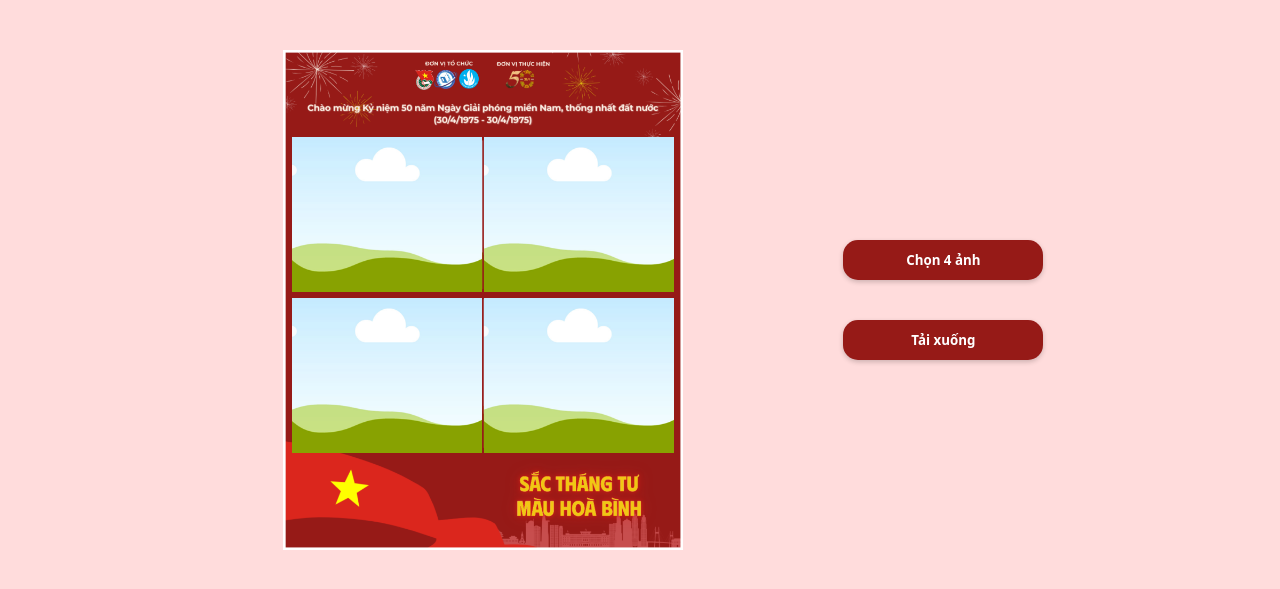
Repository: nguyentambinh/tuoitretdmu
Page: http://localhost/
The author's editor kept a copy of each file at every save. The page is drawn from the files as they stood at one save, then again after the next save.
The browser window is 1280 px wide. The pictures show the whole page.
The page is run by PHP 8.4 with error messages shown; the project is at /var/www/html/.

Above is the page before, as saved 2025-04-10 15:51:44.

### index.php
<!DOCTYPE html>
<html lang="en">
<head>
    <meta charset="UTF-8">
    <meta name="viewport" content="width=device-width, initial-scale=1.0">
    <link rel="stylesheet" href="main.css">

    <title>Chào mừng Kỷ niệm 50 năm Ngày Giải phóng miền Nam, thống nhất đất nước</title>
</head>
<body>

    <div class = "container-box">
        <div class="background-box">
            <img src="./picture/FRAMEPHOTOBOOTH304.png" class="background-image" alt="frame" />
            <div class="picture-box">
                <img src="/picture/1.png" alt="" class="img-sub">
                <img src="/picture/2.png" alt="" class="img-sub">
                <img src="/picture/3.png" alt="" class="img-sub">
                <img src="/picture/4.png" alt="" class="img-sub">
            </div>
        </div>
        <div class="control-box">
            <button id="btn-add-picture" class=" btn-custom">
                Chọn 4 ảnh
            </button>
            <button id="btn-download" class="btn-custom">Tải xuống</button>
        </div>
    </div>
    <script src="https://cdnjs.cloudflare.com/ajax/libs/html2canvas/1.4.1/html2canvas.min.js"></script>
    <script src="main.js"></script>
</body>
</html>

### main.css
body {
    background-color: #ffdcdc;
    margin: 0;
    padding: 0;
    display: flex;
    justify-content: center;
    margin-top: 50px;
}

.container-box {
    display: grid;
    grid-template-columns: 1fr 0.5fr;
    gap: 20px;
    width: 900px;
    max-width: 100%;
}

/* Thay vì dùng background-image, dùng thẻ <img> để đặt ảnh nền */
.background-box {
    position: relative;
    width: 100%;
    height: 500px;
    display: flex;
    justify-content: center;
    align-items: center;
}

/* Ảnh nền */
.background-box > .background-image {
    width: 100%;
    height: 100%;
    object-fit: contain;
    display: block;
}

/* 4 ảnh con đè lên nền */
.picture-box {
    position: absolute;
    top: 49%;
    left: 50%;
    transform: translate(-50%, -50%);
    display: grid;
    grid-template-columns: 1fr 1fr;
    grid-template-rows: 1fr 1fr;
    gap: 6px 2px;
}


.img-sub {
    width: 190px;
    height: 155px;
    object-fit: cover;
    background-size: contain;
}

.control-box {
    display: flex;
    flex-direction: column;
    align-items: center;
    justify-content: center;
}

.btn-custom {
    background-color: #961A17;
    border-radius: 15px;
    font-weight: bold;
    font-family: system-ui;
    width: 200px;
    height: 40px;
    color: white;
    margin: 20px 0;
    border: none;
    box-shadow: 0 2px 5px rgba(0,0,0,0.2);
    cursor: pointer;
}

@media screen and (max-width: 720px) {
    .container-box {
        grid-template-columns: 1fr;
        grid-template-rows: auto auto;
        width: 100%;
        padding: 0 10px;
        margin: 5px 0;
    }

    .control-box {
        align-items: center;
    }

    .btn-custom {
        width: 300px;
    }
}

### main.js

  document.getElementById("btn-add-picture").addEventListener("click", function () {
    const input = document.createElement("input");
    input.type = "file";
    input.accept = "image/*";
    input.multiple = true;
    input.style.display = "none";
    input.addEventListener("change", function (e) {
      const files = e.target.files;
      const imgElements = document.querySelectorAll(".background-box .img-sub");

      for (let i = 0; i < imgElements.length; i++) {
        if (files[i]) {
          const reader = new FileReader();
          reader.onload = function (event) {
            imgElements[i].src = event.target.result;
          };
          reader.readAsDataURL(files[i]);
        } else {
          imgElements[i].src = "";
        }
      }
    });

    document.body.appendChild(input);
    input.click();
    input.remove();
  });



  document.getElementById("btn-download").addEventListener("click", () => {
    const canvas = document.createElement("canvas");
    const ctx = canvas.getContext("2d");

    const canvasWidth = 3000;
    const canvasHeight = 3750;
    canvas.width = canvasWidth;
    canvas.height = canvasHeight;

    const backgroundSrc = './picture/FRAMEPHOTOBOOTH304.png';
    const imgElements = document.querySelectorAll(".img-sub");

    const background = new Image();
    background.src = backgroundSrc;
    background.onload = () => {
      ctx.drawImage(background, 0, 0, canvasWidth, canvasHeight);

      const positions = [
        { x: 80, y: 680 },
        { x: 1515, y: 680 },
        { x: 80, y: 1877.5 },
        { x: 1515, y: 1877.5 }
      ];
      let loaded = 0;
      imgElements.forEach((img, index) => {
        const image = new Image();
        image.crossOrigin = "anonymous";
        image.src = img.src;

        image.onload = () => {
          const pos = positions[index];
          ctx.drawImage(image, pos.x, pos.y, 1415, 1115);
          loaded++;
          if (loaded === imgElements.length) {
            const link = document.createElement("a");
            link.download = "ChaoMungKyNiem50nam.png";
            link.href = canvas.toDataURL("image/png");
            link.click();
          }
        };
      });
    };
  });

After the next save:
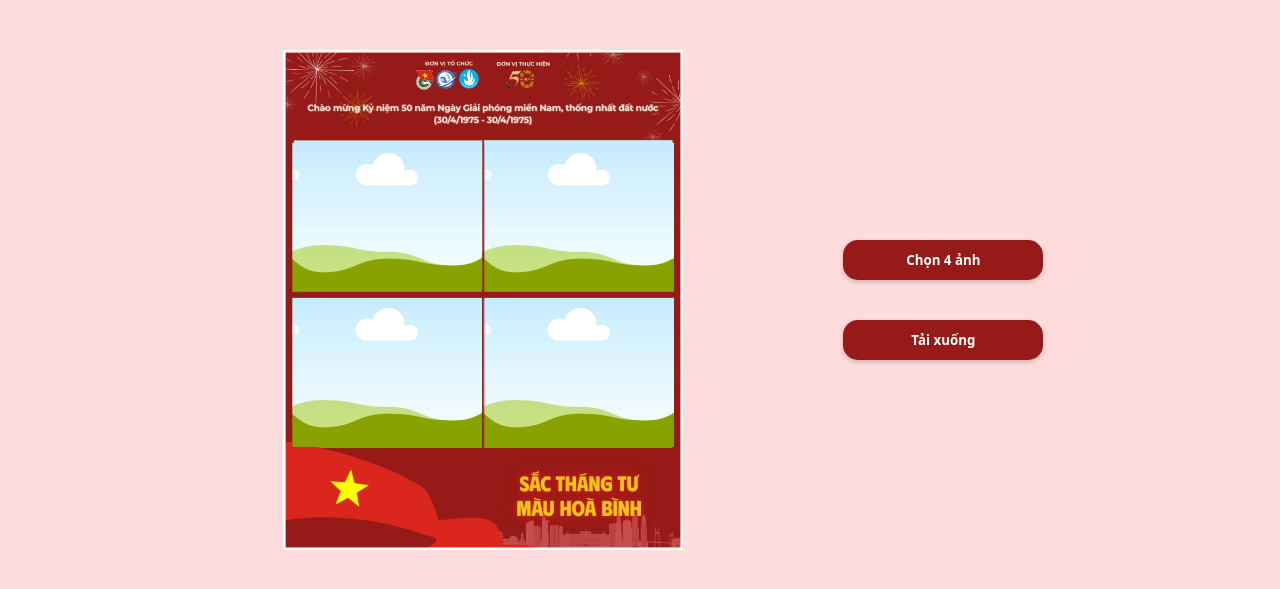
Saved 45 s later.
--- a/main.css
+++ b/main.css
@@ -48,6 +48,7 @@
 
 .img-sub {
     width: 190px;
+    bor
     height: 155px;
     object-fit: cover;
     background-size: contain;

After the 3 saves that followed:
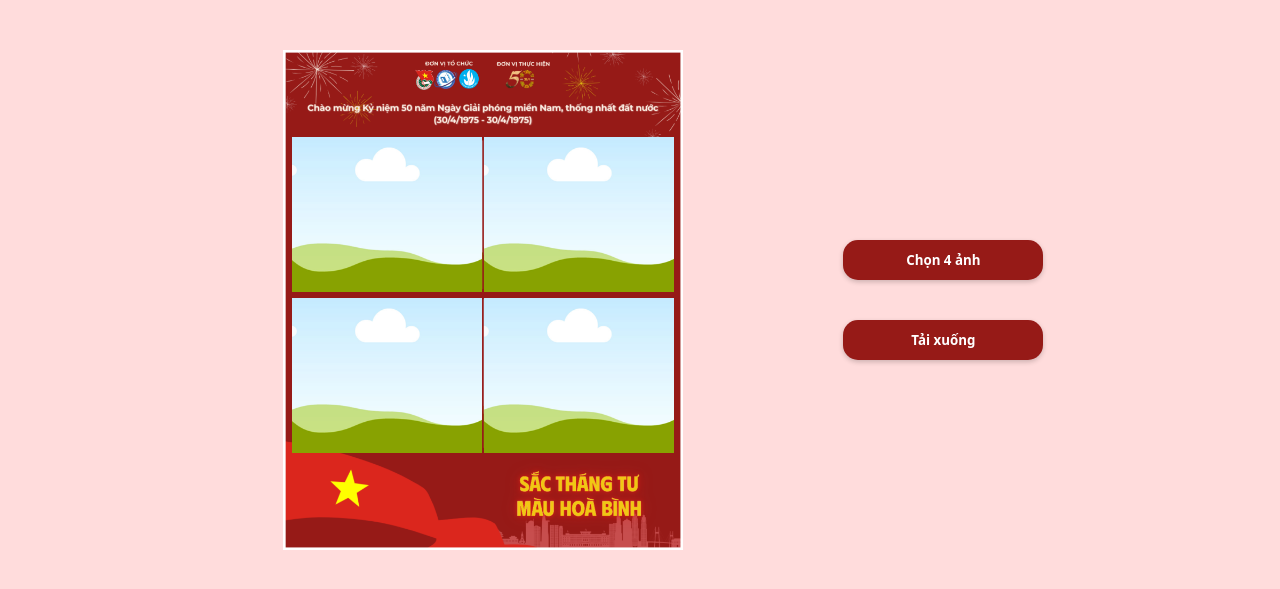
The 3 saves are shown as one change because they came seconds apart.
The last was saved 7 s later.
--- a/main.css
+++ b/main.css
@@ -48,7 +48,7 @@
 
 .img-sub {
     width: 190px;
-    bor
+    border-color: ;
     height: 155px;
     object-fit: cover;
     background-size: contain;
